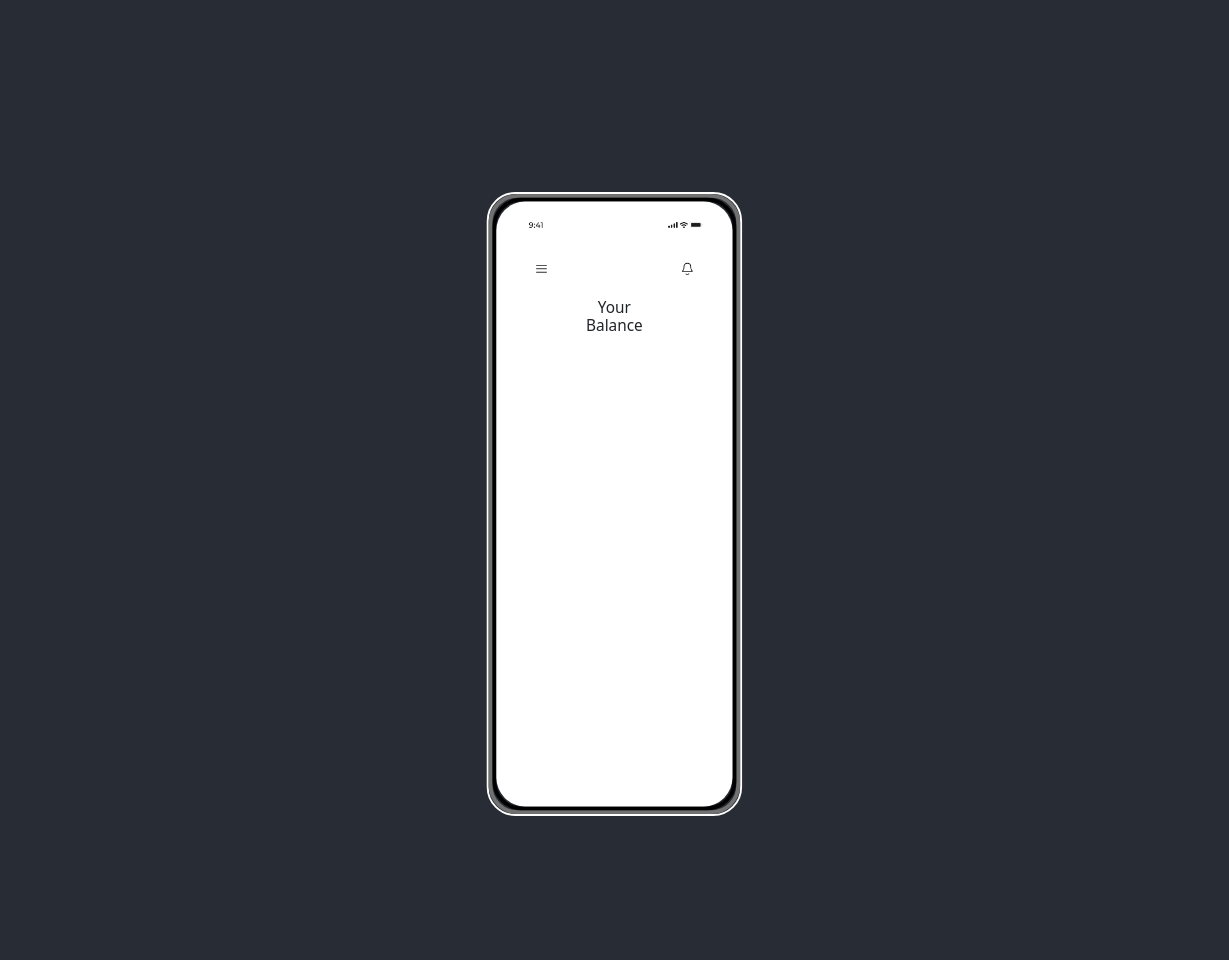
Repository: sarahnnanyelugo/fcmb-hackathon
Page: /
These files come from the project's save history. The page is drawn as it stood at one moment and after the next save; the edit follows.
The browser window is 1280 px wide. The pictures show the whole page, at 96% of full size.
The project was rebuilt for these pictures with package versions that can differ from the ones it lists, and the page was loaded fresh each time.

Above is the page before, as saved 2023-10-28 17:55:14.

### src/App.js
import "bootstrap/dist/css/bootstrap.min.css";
import Top from "./assets/images/top.png";
import Menu from "./assets/images/menu.png";
import Bell from "./assets/images/bell.png";
import "./App.scss";

function App() {
  return (
    <>
      <div className="app-header">
        <center>
          <div className="col-md-3">
            <center>
              <div className="col-md-10 app">
                <div className="app-inner">
                  <div className="app-inner2">
                    <div className="app-face">
                      <img src={Top} alt="icon" width="100%" />
                      <div className="flexy" style={{ padding: "20px" }}>
                        <div className="col-md-1 ">
                          {" "}
                          <img src={Menu} alt="icon" width="100%" />
                        </div>
                        <div className="col-md-1 offset-md-10">
                          {" "}
                          <img src={Bell} alt="icon" width="100%" />
                        </div>
                      </div>
                      <center>
                        <div className="col-md-4">
                          <h6>Your Balance</h6>
                        </div>
                      </center>
                    </div>
                  </div>
                </div>
              </div>
            </center>
          </div>
        </center>
      </div>
    </>
  );
}

export default App;

### src/App.scss
.app-header {
  background-color: #282c34;
  height: 1000px;
  padding-top: 200px;
  width: 100%;
}

.app {
  border: solid 2px #fff;
  height: 650px;
  border-radius: 30px;
}
.app-inner {
  border: solid 4px #717171;
  height: 100%;
  border-radius: 30px;
}
.app-inner2 {
  border: solid 4px #000;
  height: 100%;
  border-radius: 30px;
}
.app-face {
  background: #fff;
  height: 100%;
  border-radius: 30px;
  padding: 10px 20px;
}
.flexy {
  display: flex;
}
.flexy1 {
  flex-grow: 1;
}

Loaded but not shown: public/index.html (common file); src/index.js (common file); src/index.css (common file); src/reportWebVitals.js (common file)

After the next save:
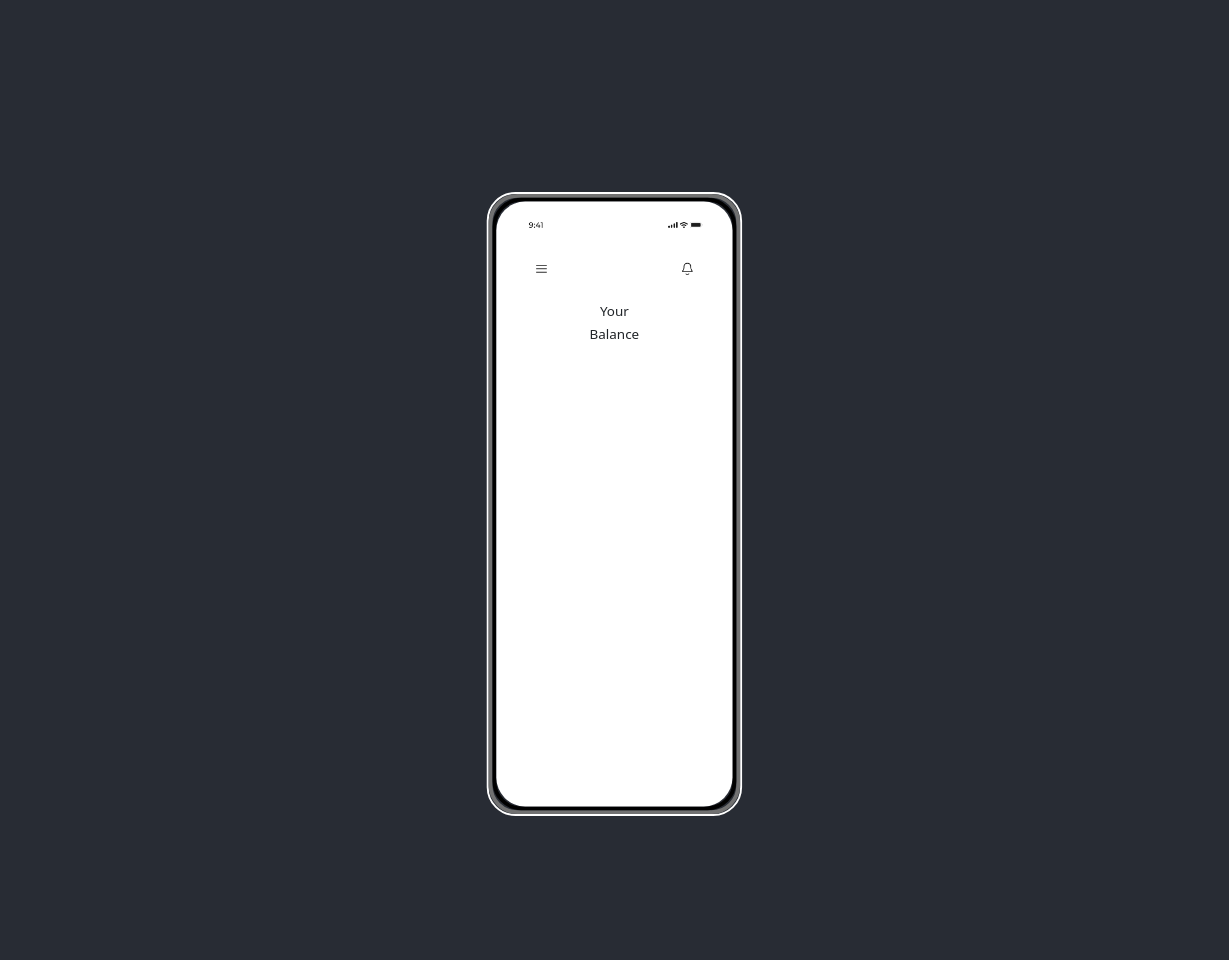
Saved 12 s later.
--- a/src/App.js
+++ b/src/App.js
@@ -28,7 +28,7 @@
                       </div>
                       <center>
                         <div className="col-md-4">
-                          <h6>Your Balance</h6>
+                          <small>Your Balance</small>
                         </div>
                       </center>
                     </div>
